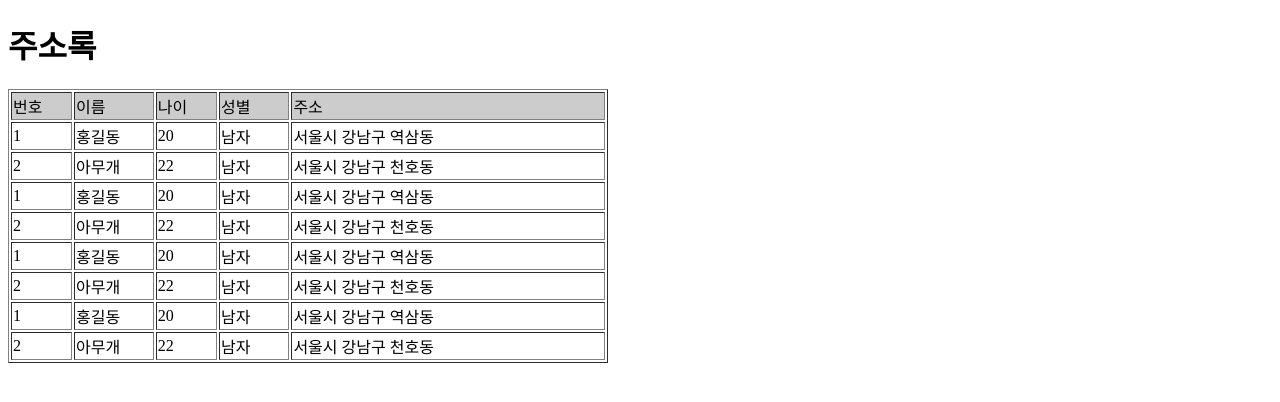
Repository: Hwang-97/HhwDesktop
Page: client/ClientTest/src/main/webapp/html/ex15_table.html
An editor plug-in stored every save of this project. The page is shown before and after the next save, followed by the edit.
The browser window is 1280 px wide. The pictures show the whole page.

Above is the page before, as saved 2021-12-10 06:26:32.

### client/ClientTest/src/main/webapp/html/ex15_table.html
<!DOCTYPE html>
<html>
<head>
<meta charset="UTF-8">
<title>Insert title here</title>
</head>
<body>
	<h1>주소록</h1>
	<table border width="600">
		<tr bgcolor ="#cccccc">
			<td width="60">번호</td>
			<td width="80">이름</td>
			<td width="60">나이</td>
			<td width="70">성별</td>
			<td width="330">주소</td>
		</tr>
		<tr>
			<td>1</td>
			<td>홍길동</td>
			<td>20</td>
			<td>남자</td>
			<td>서울시 강남구 역삼동</td>
		</tr>
		<tr>
			<td>2</td>
			<td>아무개</td>
			<td>22</td>
			<td>남자</td>
			<td>서울시 강남구 천호동</td>
		</tr>
		<tr>
			<td>1</td>
			<td>홍길동</td>
			<td>20</td>
			<td>남자</td>
			<td>서울시 강남구 역삼동</td>
		</tr>
		<tr>
			<td>2</td>
			<td>아무개</td>
			<td>22</td>
			<td>남자</td>
			<td>서울시 강남구 천호동</td>
		</tr>
		<tr>
			<td>1</td>
			<td>홍길동</td>
			<td>20</td>
			<td>남자</td>
			<td>서울시 강남구 역삼동</td>
		</tr>
		<tr>
			<td>2</td>
			<td>아무개</td>
			<td>22</td>
			<td>남자</td>
			<td>서울시 강남구 천호동</td>
		</tr>
		<tr>
			<td>1</td>
			<td>홍길동</td>
			<td>20</td>
			<td>남자</td>
			<td>서울시 강남구 역삼동</td>
		</tr>
		<tr>
			<td>2</td>
			<td>아무개</td>
			<td>22</td>
			<td>남자</td>
			<td>서울시 강남구 천호동</td>
		</tr>

	</table>
</body>
</html>

After the next save:
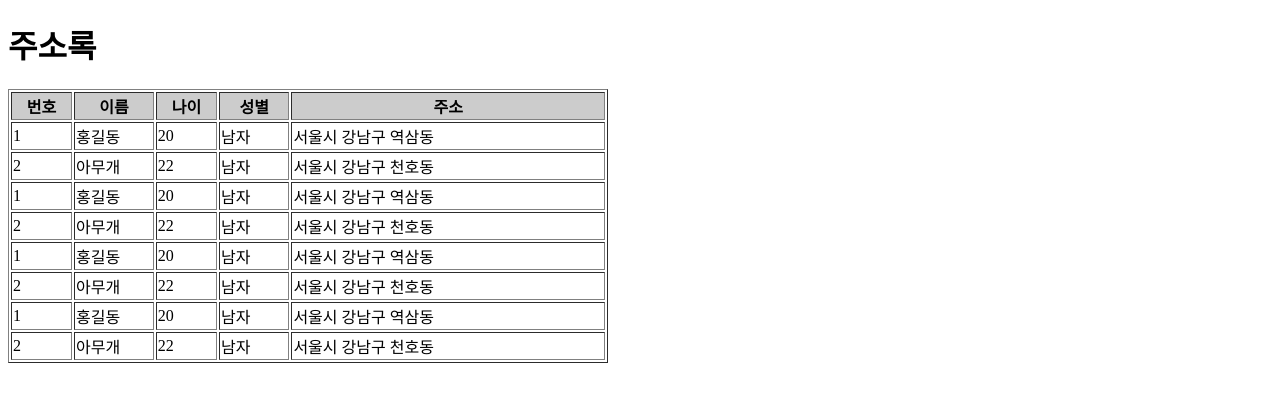
Saved 58 s later.
--- a/client/ClientTest/src/main/webapp/html/ex15_table.html
+++ b/client/ClientTest/src/main/webapp/html/ex15_table.html
@@ -8,11 +8,11 @@
 	<h1>주소록</h1>
 	<table border width="600">
 		<tr bgcolor ="#cccccc">
-			<td width="60">번호</td>
-			<td width="80">이름</td>
-			<td width="60">나이</td>
-			<td width="70">성별</td>
-			<td width="330">주소</td>
+			<td width="60" align = "center"><b>번호</b></td>
+			<td width="80" align = "center"><b>이름</b></td>
+			<td width="60" align = "center"><b>나이</b></td>
+			<td width="70" align = "center"><b>성별</b></td>
+			<td width="330" align = "center"><b>주소</b></td>
 		</tr>
 		<tr>
 			<td>1</td>
